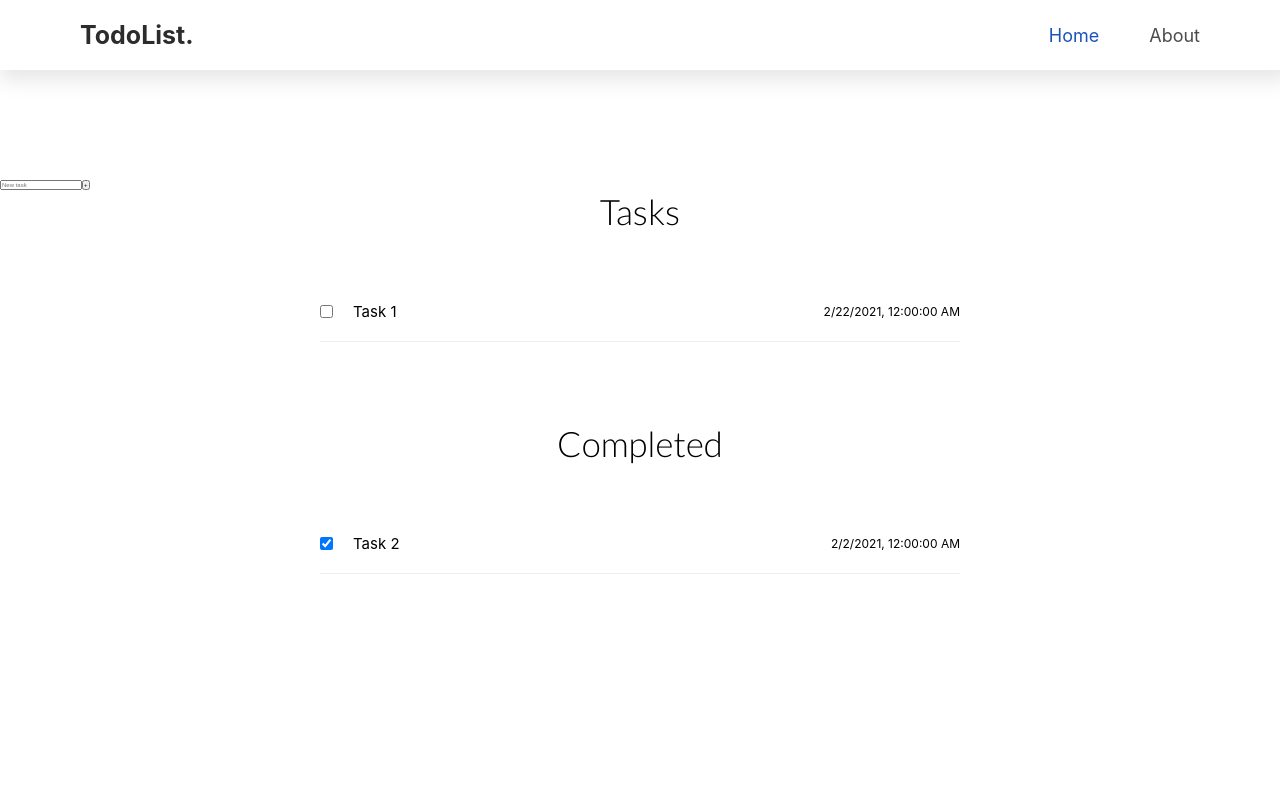
Repository: dqhuy153/react-todoList
Page: /
The author's editor kept a copy of each file at every save. The page is drawn from the files as they stood at one save, then again after the next save.
The browser window is 1280 px wide. The pictures show the whole page.
The project was rebuilt for these pictures with package versions that can differ from the ones it lists, and the page was loaded fresh each time. Also part of the build but not shown: src/components/UI/LoadingSpinner.module.scss.

Above is the page before, as saved 2021-09-16 21:57:57.

### src/App.js
import React, { Suspense } from 'react';
import { Switch, Route } from 'react-router-dom';

import './App.css';
import Layout from './components/layout/Layout';
import LoadingSpinner from './components/UI/LoadingSpinner';

const Home = React.lazy(() => import('./components/pages/Home'));
const About = React.lazy(() => import('./components/pages/About'));

function App() {
  return (
    <Layout>
      <Suspense
        fallback={
          <div className="centered">
            <LoadingSpinner />
          </div>
        }
      >
        <Switch>
          <Route path="/" exact>
            <Home />
          </Route>
          <Route path="/about">
            <About />
          </Route>
          {/* <Route path="/products" exact>
          <Products />
        </Route>
        <Route path="/products/:productId">
          <ProductDetail />
        </Route> */}
        </Switch>
      </Suspense>
    </Layout>
  );
}

export default App;

### src/App.css
@import url('https://fonts.googleapis.com/css2?family=Lato:ital,wght@0,100;0,300;0,400;0,700;0,900;1,100;1,300;1,400;1,700;1,900&display=swap');

* {
  box-sizing: border-box;
  font-size: 62.5%;
  padding: 0;
  margin: 0;
}

.centered {
  margin: 3rem auto;
  text-align: center;
  display: flex;
  justify-content: center;
  align-items: center;
}

### src/components/layout/Layout.js
import React, { Fragment } from 'react';
import AppNavigation from './AppNavigation';

import styles from './Layout.module.scss';

export default function Layout(props) {
  return (
    <Fragment>
      <AppNavigation logoTitle="TodoList." />
      <main className={styles.main}>{props.children}</main>
    </Fragment>
  );
}

### src/components/UI/LoadingSpinner.js
import styles from './LoadingSpinner.module.scss';

const LoadingSpinner = () => {
  return <div className={styles.spinner}></div>;
};

export default LoadingSpinner;

### src/components/pages/Home.js
import { useState } from 'react';
import TodoList from '../todos/TodoList';

import styles from './Home.module.scss';

const initTodoList = [
  {
    id: 1,
    title: 'Task 1',
    date: new Date('2/22/2021'),
    completed: false,
  },
  {
    id: 2,
    title: 'Task 2',
    date: new Date('2/2/2021'),
    completed: true,
  },
];

export default function Home(props) {
  const [todoList, setTodoList] = useState(initTodoList);

  const handleStatusChange = (id) => {
    let updatedTodoList = todoList.map((todo) => {
      if (todo.id === id) {
        todo.completed = !todo.completed;
      }
      return todo;
    });

    setTodoList(updatedTodoList);
  };

  return (
    <div className={styles.container}>
      <div className={styles.add}>
        <input placeholder="New task" />
        <button>+</button>
      </div>
      <h1>Tasks</h1>
      <TodoList
        items={todoList.filter((i) => i.completed === false)}
        onStatusChange={handleStatusChange}
      />
      <h1 className={styles['completed-title']}>Completed</h1>
      <TodoList
        items={todoList.filter((i) => i.completed === true)}
        onStatusChange={handleStatusChange}
      />
    </div>
  );
}

### src/components/layout/AppNavigation.js
import React from 'react';
import { NavLink } from 'react-router-dom';

import styles from './AppNavigation.module.scss';

export default function AppNavigation({ logoTitle = 'Demo.', ...props }) {
  return (
    <header className={styles.header}>
      <div className={styles.logo}>{logoTitle}</div>
      <nav>
        <ul>
          <li>
            <NavLink to="/" exact activeClassName={styles.active}>
              Home
            </NavLink>
          </li>
          <li>
            <NavLink to="/about" activeClassName={styles.active}>
              About
            </NavLink>
          </li>
        </ul>
      </nav>
    </header>
  );
}

### src/components/todos/TodoList.js
import React from 'react';
import TodoItem from './TodoItem';

import styles from './TodoList.module.scss';

export default function TodoList({ items, onStatusChange, ...props }) {
  return (
    <ul className={styles.container}>
      {items.map((item) => (
        <li key={item.id}>
          <TodoItem
            id={item.id}
            title={item.title}
            date={item.date}
            completed={item.completed}
            onStatusChange={onStatusChange}
          />
        </li>
      ))}
    </ul>
  );
}

### src/components/pages/Home.module.scss
.container {
  padding: 18rem 0;

  h1 {
    text-align: center;
    font-family: 'Lato', sans-serif;
    font-weight: 300;
    font-size: 3.5rem;
  }

  .completed-title {
    margin-top: 8rem;
  }

  .add {
    text-align: center input {
      border: none;
      border-bottom: 1px solid #eee;
    }
  }
}

### src/components/layout/AppNavigation.module.scss
.header {
  width: 100%;
  height: 7rem;
  display: flex;
  align-items: center;
  justify-content: space-between;
  background-color: #ffffff;
  padding: 0 8rem;
  box-shadow: 5px 5px 20px 5px rgba(0, 0, 0, 0.1);
  position: fixed;
}

.logo {
  font-size: 2.5rem;
  color: rgb(44, 44, 44);
  font-weight: bold;
}

.header ul {
  list-style: none;
  margin: 0;
  padding: 0;
  display: flex;
  align-items: baseline;
}

.header li {
  margin-left: 5rem;
}

.header a {
  text-decoration: none;
  font-size: 1.8rem;
  color: #4b4b4b;
}

.header a:hover,
.header a:active,
.header a.active {
  color: rgb(28, 83, 184);
}

### src/components/todos/TodoItem.js
import styles from './TodoItem.module.scss';

export default function TodoItem({
  id,
  title,
  date,
  completed,
  onStatusChange,
  ...props
}) {
  return (
    <div className={styles.container}>
      <div className={styles.task}>
        <input
          type="checkbox"
          checked={completed}
          onChange={() => onStatusChange(id)}
        />
        <p>{title}</p>
      </div>
      <p className={styles.date}>{date.toLocaleString()}</p>
    </div>
  );
}

### src/components/todos/TodoList.module.scss
.container {
  text-align: center;
  width: 50%;
  margin: 5rem auto;
  list-style: none;
}

### src/components/todos/TodoItem.module.scss
.container {
  display: flex;
  align-items: center;
  justify-content: space-between;
  padding: 2rem 0;
  border-bottom: 1px solid #eee;
}

.task {
  display: flex;
  align-items: center;

  p {
    padding-left: 2rem;
    font-size: 1.5rem;
  }
}

.date {
  font-size: 1.2rem;
}

Loaded but not shown: public/index.html (common file); src/index.js (common file); src/index.css (common file); src/reportWebVitals.js (common file); src/components/layout/Layout.module.scss (no stored copy; drawn as an empty file)

After the next save:
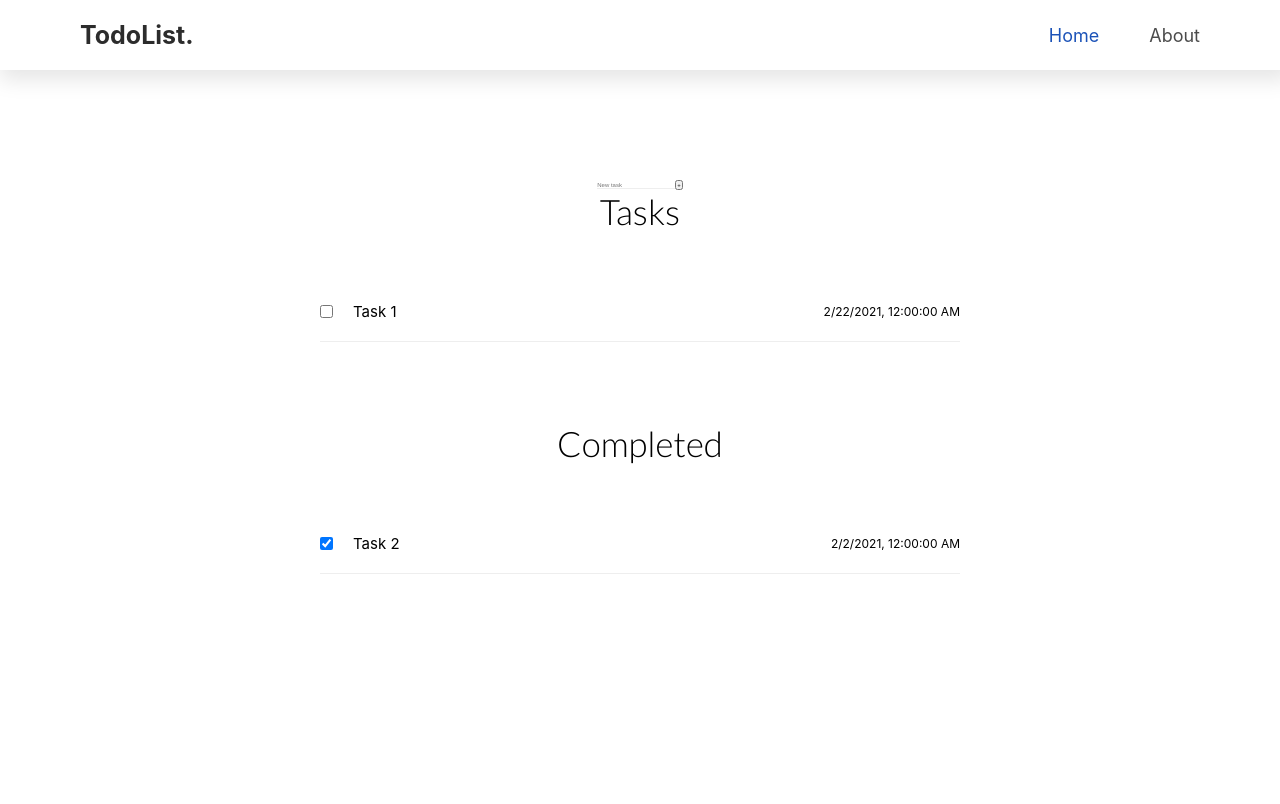
Saved 4 s later.
--- a/src/components/pages/Home.module.scss
+++ b/src/components/pages/Home.module.scss
@@ -13,7 +13,9 @@
   }
 
   .add {
-    text-align: center input {
+    text-align: center;
+
+    input {
       border: none;
       border-bottom: 1px solid #eee;
     }
